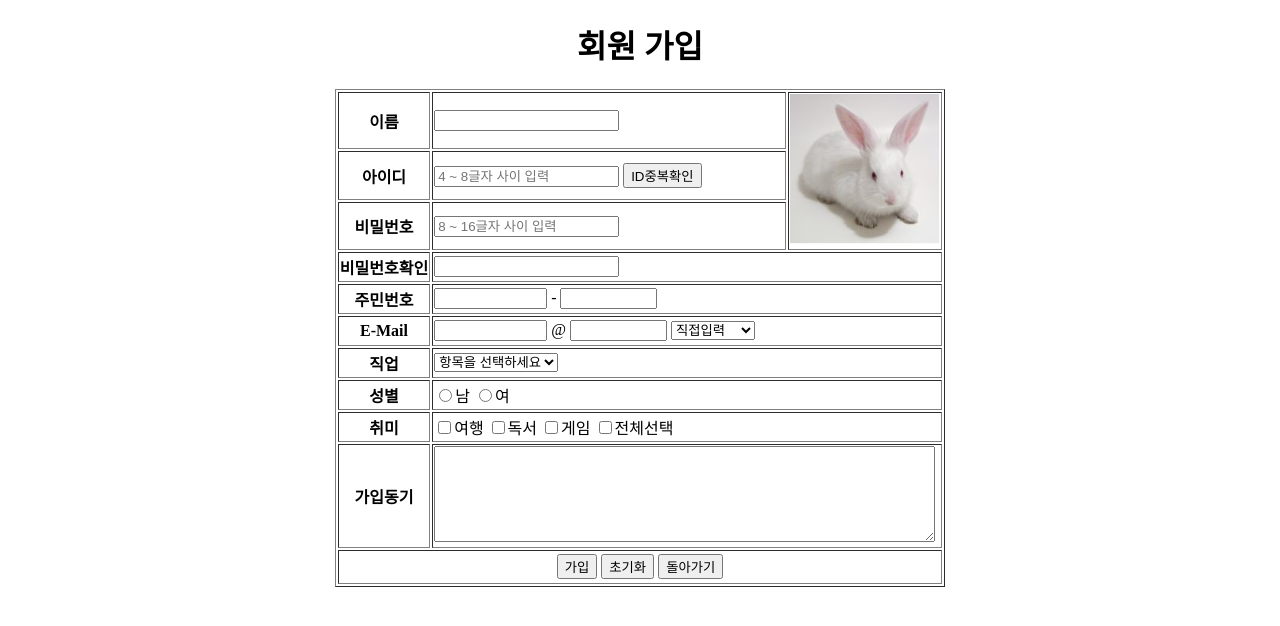
Repository: KimMinseooo/itwillStudy
Page: BACKEND/JSP/workspace_jsp/StudyHTML/src/main/webapp/1025/final_exam.html
The author's editor kept a copy of each file at every save. The page is drawn from the files as they stood at one save, then again after the next save.
The browser window is 1280 px wide. The pictures show the whole page.

Above is the page before, as saved 2024-10-25 06:28:31.

### BACKEND/JSP/workspace_jsp/StudyHTML/src/main/webapp/1025/final_exam.html
<!DOCTYPE html>
<html>
<head>
<meta charset="UTF-8">
<title>Insert title here</title>
</head>
<body>
	<h1 align="center">회원 가입</h1>

		<table border="1" align="center">
			<form action="final_exam_result.html">

			<tr height="20">
				<td align="center" style="font-weight: bold;">이름</td>
				<td width="350" height="30">

				<input type="text">
				</td>
				<td rowspan="3" width="150" height="150">
				<img alt="" src="../rabbit.png" width="150" height="150">
				</td>
			</tr>
			<tr height="20">
			<td align="center" style="font-weight: bold;">아이디</td>
			<td>
				<input placeholder="4 ~ 8글자 사이 입력">
				<input type="button" value="ID중복확인">
			</td>
			</tr>
			<tr height="20">
			<td align="center" style="font-weight: bold;">비밀번호</td>
			<td>
				<input placeholder="8 ~ 16글자 사이 입력" type="password">
			</td>
			</tr>
			<tr height="30">
			<td align="center" style="font-weight: bold;">비밀번호확인</td>
			<td colspan="2">
				<input type="password">
			</td>
			</tr>
			<tr height="30">
			<td align="center" style="font-weight: bold;">주민번호</td>
			<td colspan="2">
				<input type="text" size="11"> - <input type="password" size="9">
			</td>
			</tr>
			<tr height="30">
			<td align="center" style="font-weight: bold;">E-Mail</td>
			<td colspan="2">
				<input type="text" size="11"> @ <input type="text" size="9">
				<select>
					<option >직접입력</option>
					<option>naver.com</option>
					<option>gmail.com</option>
					<option>nate.com</option>
				</select>
			</td>
			</tr>

			<tr height="30">
			<td align="center" style="font-weight: bold;">직업</td>
			<td colspan="2">
				<select>
					<option>항목을 선택하세요</option>
					<option>개발자</option>
					<option>DB엔지니어</option>
				</select>
			</td>
			</tr>
			<tr height="30">
			<td align="center" style="font-weight: bold;">성별</td>
			<td colspan="2">
				<input type="radio" name="gender" id= "male"><label for="male">남</label>
				<input type="radio" name="gender" id= "female"><label for="female">여</label>
			</td>
			</tr>

			<tr height="30">
			<td align="center" style="font-weight: bold;">취미</td>
			<td colspan="2">
				<input type="checkbox" name="hobby" id="hobby1"><label for="hobby1">여행</label>
				<input type="checkbox" name="hobby" id="hobby2"><label for="hobby2">독서</label>
				<input type="checkbox" name="hobby" id="hobby3"><label for="hobby3">게임</label>
				<input type="checkbox" name="hobby" id="hobby4"><label for="hobby4">전체선택</label>

			</td>
			</tr>
			<tr height="30">
			<td align="center" style="font-weight: bold;">가입동기</td>
			<td colspan="2">
				<textarea rows="6" cols="60" ></textarea>
			</td>
			</tr>
			<tr height="30">
			<td colspan="3" width="200" height="30" align="center">
				<input type="submit" value="가입" >
				<input type="reset" value="초기화">
				<input type="button" value="돌아가기">
			</td>
			</tr>
			</form>
		</table>

</body>
</html>

After the next save:
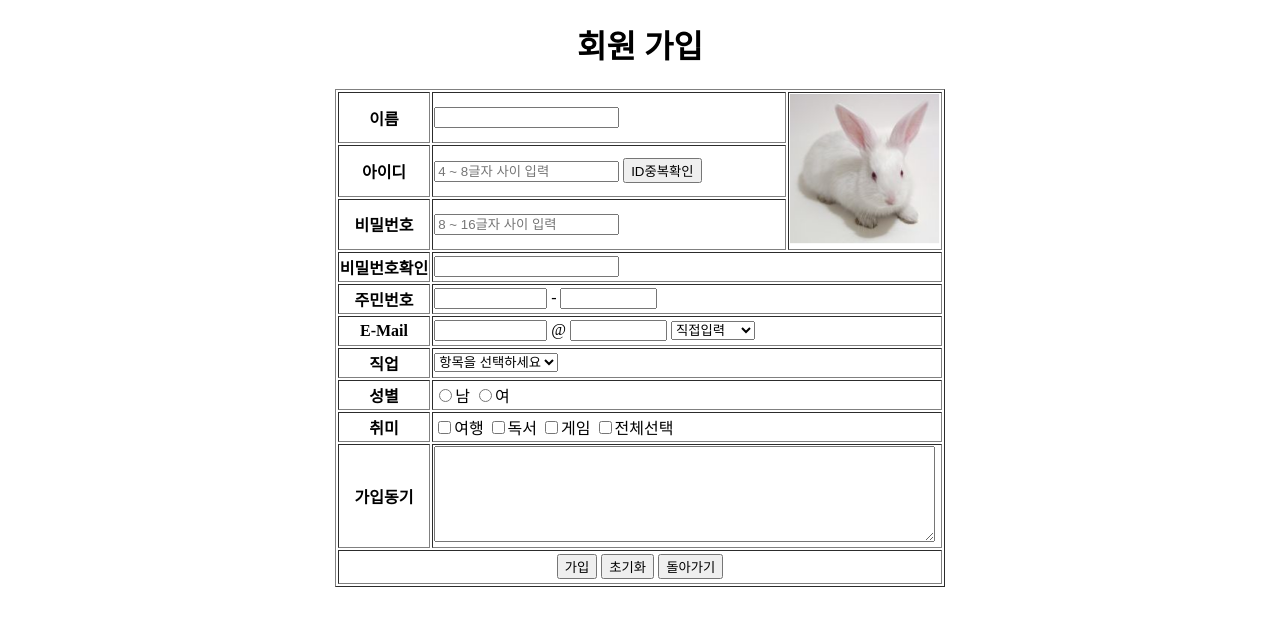
Saved 15 s later.
--- a/BACKEND/JSP/workspace_jsp/StudyHTML/src/main/webapp/1025/final_exam.html
+++ b/BACKEND/JSP/workspace_jsp/StudyHTML/src/main/webapp/1025/final_exam.html
@@ -22,14 +22,14 @@
 			</tr>
 			<tr height="20">
 			<td align="center" style="font-weight: bold;">아이디</td>
-			<td>
+			<td height="30">
 				<input placeholder="4 ~ 8글자 사이 입력">
 				<input type="button" value="ID중복확인">
 			</td>
 			</tr>
 			<tr height="20">
 			<td align="center" style="font-weight: bold;">비밀번호</td>
-			<td>
+			<td height="30">
 				<input placeholder="8 ~ 16글자 사이 입력" type="password">
 			</td>
 			</tr>
